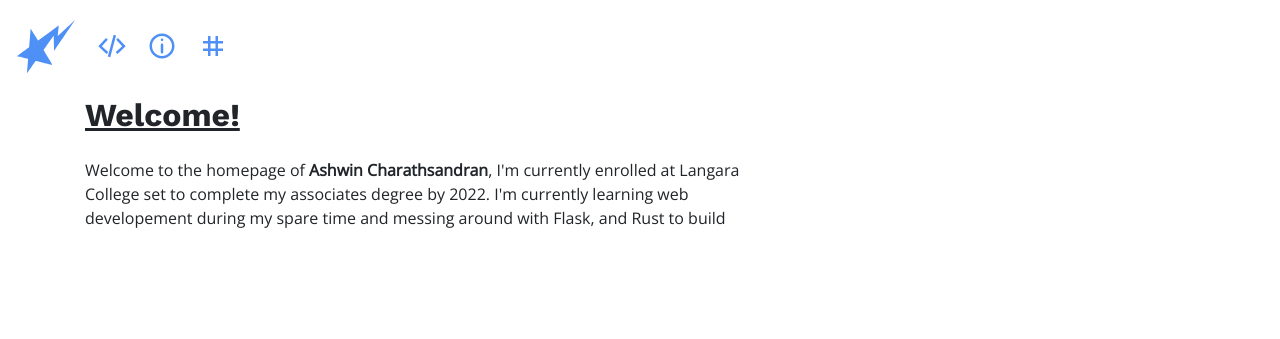
Repository: xxiz/ashwin.lol_flask
Page: http://localhost/
An editor plug-in stored every save of this project. The page is shown before and after the next save, followed by the edit.
The browser window is 1280 px wide. The pictures show the whole page.
The page is served by the project's application, run on Flask 3 (app.py).

Above is the page before, as saved 2021-08-31 17:22:14.

After the next save:
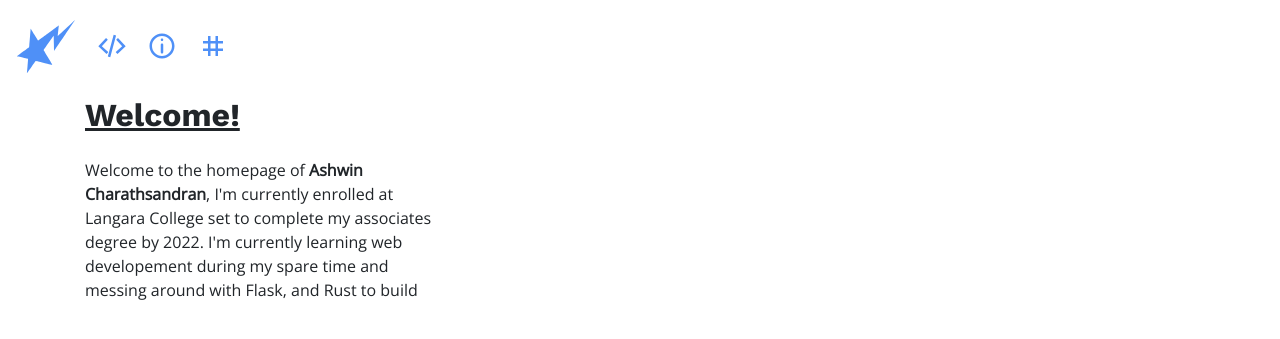
Saved 13 s later.
--- a/static/app.css
+++ b/static/app.css
@@ -20,7 +20,7 @@ p {
 }
 
 .confined {
-    width: 60%;
+    width: 350px;
 }
 
 a {
